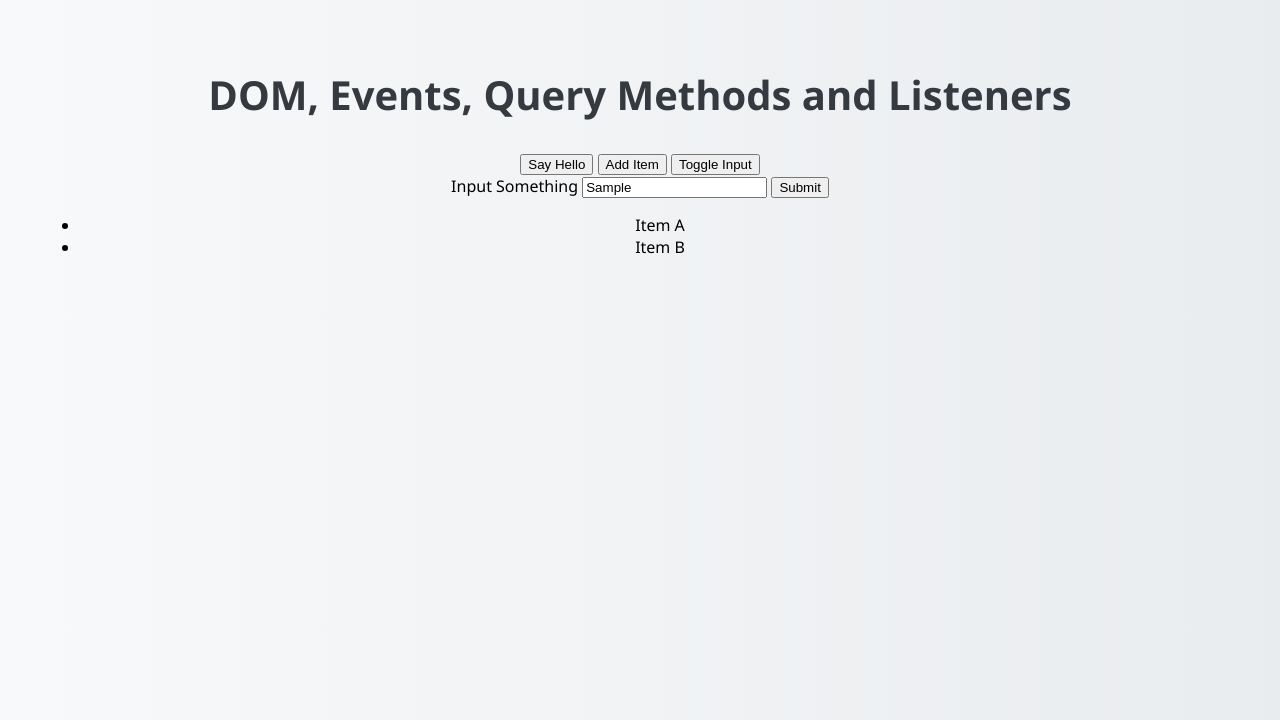
Repository: SiddhantNagaria/Genpact-Training
Page: Java Training/08 first-webmvc/src/main/resources/static/index.html
The author's editor kept a copy of each file at every save. The page is drawn from the files as they stood at one save, then again after the next save.
The browser window is 1280 px wide. The pictures show the whole page.
Empty fields were first filled with sample values (such as "Sample", 5 or name@example.com).
After loading, the first visible `#btn-toggle` was clicked once.

Above is the page before, as saved 2025-11-17 09:12:27.
Console error: TypeError: Cannot read properties of undefined (reading 'add')

After the next save:
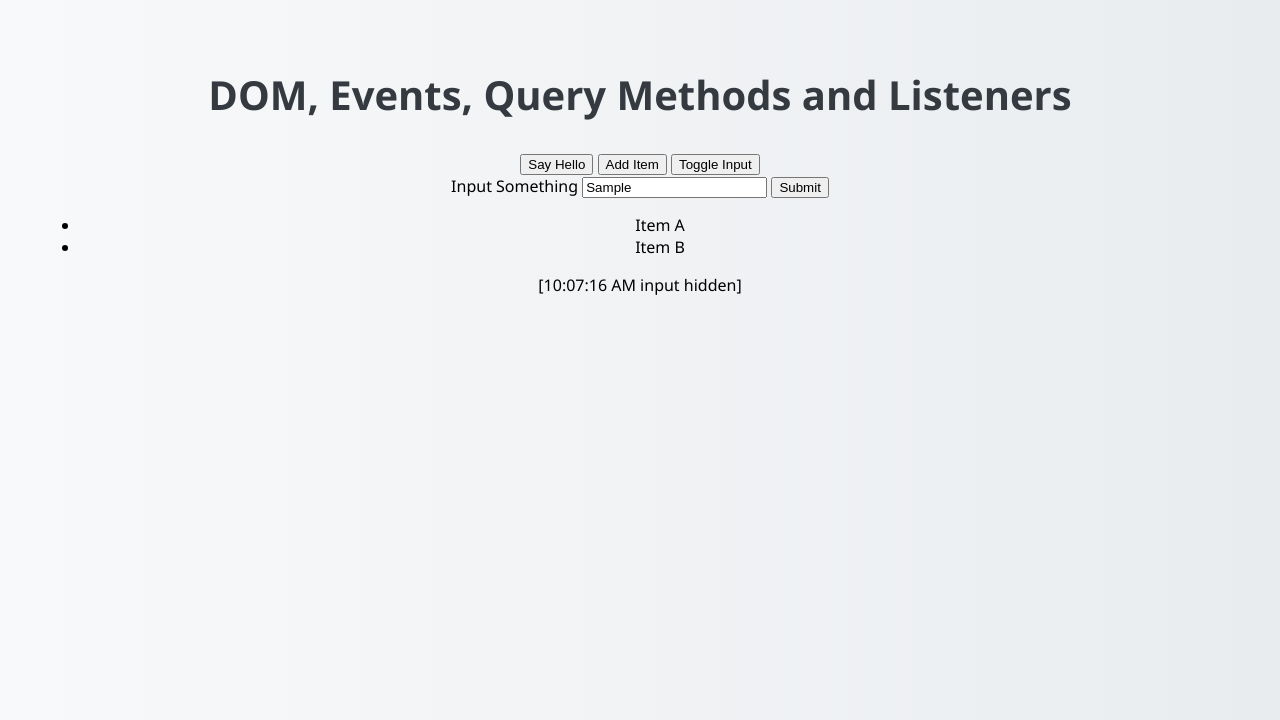
The error is gone.
Saved 2 min 16 s later.
--- a/Java Training/08 first-webmvc/src/main/resources/static/js/app2.js
+++ b/Java Training/08 first-webmvc/src/main/resources/static/js/app2.js
@@ -80,7 +80,7 @@ btnToggle.addEventListener('click', () => {
 		input.classList.remove('hidden');
 		appendLog('input shown');
 	} else {
-		input.classLis.add('hidden');
+		input.classList.add('hidden');
 		appendLog('input hidden');
 	}
 });
